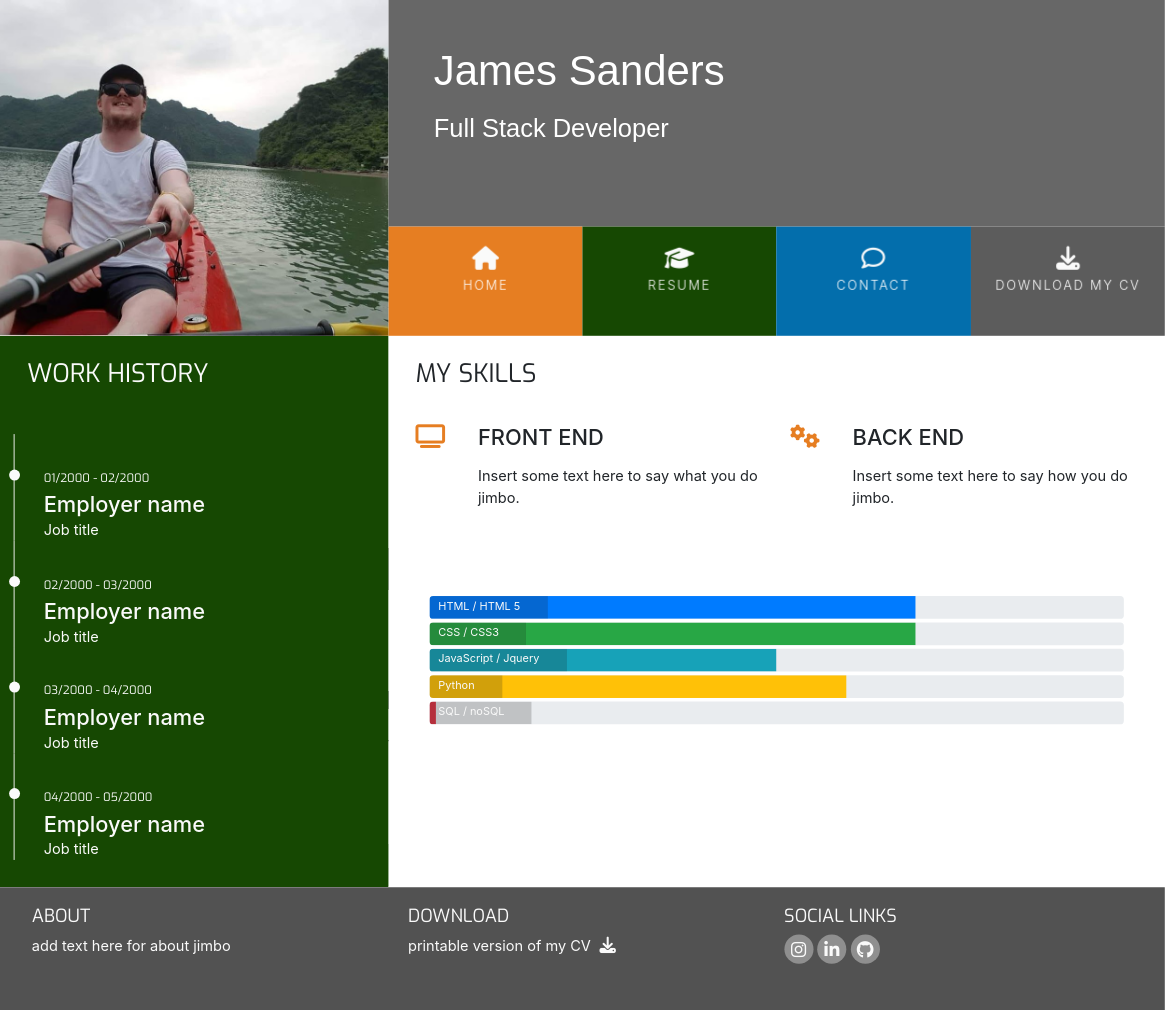
Repository: JaySanders95/my-online-resume
Page: resume.html
These files come from the project's save history. The page is drawn as it stood at one moment and after the next save; the edit follows.
The browser window is 1280 px wide. The pictures show the whole page, at 91% of full size.
Some web fonts or font styles are not loaded; a fallback is used. Some web libraries are served in a nearby version.

Above is the page before, as saved 2023-04-22 18:10:53.

### resume.html
<!DOCTYPE html>
<html lang="en">

<head>
    <meta charset="UTF-8">
    <meta http-equiv="X-UA-Compatible" content="IE=edge">
    <meta name="viewport" content="width=device-width, initial-scale=1.0">
    <link rel="stylesheet"
        href="https://cdn.jsdelivr.net/npm/@fortawesome/fontawesome-free@6.2.1/css/fontawesome.min.css"
        integrity="sha384-QYIZto+st3yW+o8+5OHfT6S482Zsvz2WfOzpFSXMF9zqeLcFV0/wlZpMtyFcZALm" crossorigin="anonymous">
    <link rel="stylesheet" href="https://cdn.jsdelivr.net/npm/bootstrap@4.6.2/dist/css/bootstrap.min.css"
        integrity="sha384-xOolHFLEh07PJGoPkLv1IbcEPTNtaed2xpHsD9ESMhqIYd0nLMwNLD69Npy4HI+N" crossorigin="anonymous">
    <link rel="stylesheet" href="assets/css/style.css">
    <link rel="stylesheet" href="https://cdnjs.cloudflare.com/ajax/libs/hover.css/2.3.1/css/hover-min.css"
        integrity="sha512-csw0Ma4oXCAgd/d4nTcpoEoz4nYvvnk21a8VA2h2dzhPAvjbUIK6V3si7/g/HehwdunqqW18RwCJKpD7rL67Xg=="
        crossorigin="anonymous" referrerpolicy="no-referrer" />
    <title>James Sanders' Resume</title>
</head>

<body>
    <header>
        <div class="row no-gutters">
            <a href="index.html" class="col-md-4 logo">

            </a>
            <div class="col-md-8">
                <div class="row bg-color-name-title no-gutters">
                    <div class="col heading">
                        <h1 class="name">James Sanders</h1>
                        <h2 class="title">Full Stack Developer</h2>

                    </div>
                </div>
                <div class="row no-gutters">
                    <div class="col">
                        <ul id="nav" class="list-inline menucontainer">
                            <li class="col-6 col-sm-3 ui-menu-color-home list-inline-item menuitem">
                                <a href="#" class="hvr-bounce-to-bottom"><i class="fa fa-home"
                                        aria-hidden="true"></i><span>Home</span></a>
                            </li>
                            <li class="col-6 col-sm-3 ui-menu-color-resume list-inline-item menuitem">
                                <a href="#" class="hvr-bounce-to-bottom"><i class="fa fa-graduation-cap"
                                        aria-hidden="true"></i><span>Resume</span></a>
                            </li>
                            <li class="col-6 col-sm-3 ui-menu-color-contact list-inline-item menuitem">
                                <a href="#" class="hvr-bounce-to-bottom"><i class="fa fa-comment-o"
                                        aria-hidden="true"></i><span>Contact</span></a>
                            </li>
                            <li class="col-6 col-sm-3 ui-menu-color-download list-inline-item menuitem">
                                <a href="#" class="hvr-bounce-to-bottom"><i class="fa fa-download"
                                        aria-hidden="true"></i><span>Download my CV</span></a>
                            </li>
                        </ul>
                    </div>
                </div>
            </div>
        </div>
    </header>
    <section class="container-fluid">
        <div class="row">
            <div class="col-md-4 bg-color-work-history section-column">
                <div class="row">

                    <div class="col-12">
                        <h3 class="history-heading uppercase">
                            Work History
                        </h3>
                    </div>
                    <div class="timeline-item" data-dates="01/2000 - 02/2000">
                        <h4>Employer name</h4>
                        <p>Job title</p>
                    </div>
                    <div class="timeline-item" data-dates="02/2000 - 03/2000">
                        <h4>Employer name</h4>
                        <p>Job title</p>
                    </div>
                    <div class="timeline-item" data-dates="03/2000 - 04/2000">
                        <h4>Employer name</h4>
                        <p>Job title</p>
                    </div>
                    <div class="timeline-item" data-dates="04/2000 - 05/2000">
                        <h4>Employer name</h4>
                        <p>Job title</p>
                    </div>
                </div>

            </div>
            <div class="col-md-8 bg-color-three-reasons section-column">
                <div class="row">
                    <div class="col">
                        <h3 class="section-heading uppercase">My Skills</h3>
                    </div>
                </div>
                <div class="row">
                    <div class="col-10 offset-1 offset-sm-0 col-sm-4 col-md-6">
                        <div class="row">
                            <div class="col-2">
                                <i class="three-reasons-icon fa fa-tv" aria-hidden="true"></i>
                            </div>
                            <div class="col-10">
                                <h4 class="three-reasons-heading uppercase">Front End</h4>
                                <p>
                                    Insert some text here to say what you do jimbo.
                                </p>
                            </div>
                        </div>
                    </div>
                    <div class="col-10 offset-1 offset-sm-0 col-sm-4 col-md-6">
                        <div class="row">
                            <div class="col-2">
                                <i class="three-reasons-icon fa fa-gears" aria-hidden="true"></i>
                            </div>
                            <div class="col-10">
                                <h4 class="three-reasons-heading uppercase">Back end</h4>
                                <p>
                                    Insert some text here to say how you do jimbo.
                                </p>
                            </div>
                        </div>
                    </div>

                </div>
                <div class="row progress-section">

                </div>
                <div class="col">
                    <div class="progress">
                        <div class="progress-bar" role="progressbar" # aria-valuenow="70" aria-valuemin="0"
                            aria-valuemax="100" style="width:70%">
                            <span class="sr-only"> 70% complete</span>
                        </div>
                        <span class="progress-type">HTML / HTML 5</span>
                    </div>
                    <div class="progress">
                        <div class="progress-bar bg-success" role="progressbar" # aria-valuenow="70" aria-valuemin="0"
                            aria-valuemax="100" style="width:70%">
                            <span class="sr-only"> 70% complete</span>
                        </div>
                        <span class="progress-type">CSS / CSS3</span>
                    </div>
                    <div class="progress">
                        <div class="progress-bar bg-info" role="progressbar" # aria-valuenow="50" aria-valuemin="0"
                            aria-valuemax="100" style="width:50%">
                            <span class="sr-only"> 50% complete</span>
                        </div>
                        <span class="progress-type">JavaScript / Jquery</span>
                    </div>
                    <div class="progress">
                        <div class="progress-bar bg-warning" role="progressbar" # aria-valuenow="60" aria-valuemin="0"
                            aria-valuemax="100" style="width:60%">
                            <span class="sr-only"> 60% complete</span>
                        </div>
                        <span class="progress-type">Python</span>
                    </div>
                    <div class="progress">
                        <div class="progress-bar bg-danger" role="progressbar" # aria-valuenow="1" aria-valuemin="0"
                            aria-valuemax="100" style="width:1%">
                            <span class="sr-only"> 0% complete</span>
                        </div>
                        <span class="progress-type">SQL / noSQL</span>
                    </div>
                </div>
            </div>
        </div>

    </section>
    <footer class="container-fluid">
        <div id="footer-details" class="row">
            <div class="col-sm-4">
                <h5 class="uppercase general-sub">About</h5>
                <p class="inline-block"> add text here for about jimbo</p>
            </div>
            <div class="col-sm-4">
                <h5 class="uppercase general-sub">Download</h5>
                <p class="inline-block"> printable version of my CV</p>
                <a href="#" target="_blank" class="cv-pdf">
                    <i class="fa fa-download" aria-hidden="true"></i>
                    <span class="sr-only">Download link.</span>
                </a>
            </div>
            <div class="col-sm-4">
                <h5 class="uppercase general-sub">Social links</h5>
                <ul class="list-inline social-links">
                    <li class="list-inline-item">
                        <a target="_blank" href="#">
                            <i class="fa fa-instagram"></i>
                            <span class="sr-only">Instagram</span>
                        </a>
                    </li>
                    <li class="list-inline-item">
                        <a target="_blank" href="#">
                            <i class="fa fa-linkedin"></i>
                            <span class="sr-only">LinkedIn</span>
                        </a>
                    </li>
                    <li class="list-inline-item">
                        <a target="_blank" href="#">
                            <i class="fa-brands fa-github"></i>
                            <span class="sr-only">GitHub</span>

                        </a>
                    </li>
                </ul>
            </div>
        </div>

    </footer>
    <script src="https://kit.fontawesome.com/c80cd6a143.js" crossorigin="anonymous"></script>
</body>

</html>

### assets/css/style.css
@import url('https://fonts.googleapis.com/css2?family=Anuphan:100,200,300,400,500,600,700wght@300&family=Exo:100,200,300,400,500,600,700ital,wght@1,300&display=swap');


/* ------- Colours ---------*/

.bg-color-name-title {
    background-color:#676767;
}

.bg-color-three-reasons {
    background-color: #fff;
}

.bg-color-personal-info {
    background-color:#f4f4f4;
}

.ui-menu-color-home {
    background-color: #e67e22;
}

.ui-menu-color-resume {
    background-color: #164802;
}

.ui-menu-color-contact {
    background-color: #036eac;
}

.ui-menu-color-download {
    background-color: #5c5c5c;
}

.bg-color-work-history {
    background-color: #164802;
}

/* ------- Special paddings/margins/text ---------*/

h1,h2,h3,h4 {
    margin: 0;
}

.uppercase {
    text-transform: uppercase;
}

.general-sub {
    font-family: 'Exo', sans-serif;
    font-weight: 300;
    color: #fafafa;
}

.inline-block {
    display: inline-block;
}

.row-table {
    display: table;

}
.section-column {
    display: table-cell;
    padding: 0 30px 30px;
    float: none;
}

.history-heading,
.section-heading {
    font-family: 'Exo', sans-serif;
    font-weight: 300;
    margin-top: 25px;
    margin-bottom: 40px;
}

/* ------- Headers ---------*/
header {
    margin: 0;
}

.heading {
    margin-left: 50px;
}

.logo {
    background: url(../images/me.png);
    background-position: center;
    background-repeat: no-repeat;
    background-size: cover;
    min-height: 360px;
    transition: all .5s ease-in-out;
    -moz-transition: all .5s ease-in-out;
    -webkit-transition: all .5s ease-in-out;
}

.name {
    font-family: 'Anuphan', sans-serif;
    font-weight: 100;
    font-size: 46px;
    margin-top: 50px;
    color: #fff;
}


.title {
    font-family: 'Anuphan', sans-serif;
    font-weight: 200;
    font-size: 28px;
    margin-top: 20px;
    margin-bottom: 90px;
    color: #fff;
}

.list-inline-item:not(:last-child) {
    margin: 0;
}

.menucontainer {
    font-size: 0;
}

#nav li {
    font-size: 14px;
    padding: 0;
}

#nav {
    margin: 0;
}

.menuitem {
    height: 120px;
    text-align: center;
    padding: 0;

}

.menuitem a {
    width: 100%;
    text-decoration: none;
    color: #fff;
    height: 120px;
}

.menuitem a i {
    display: block;
    padding-top: 22px;
    color: #fafafa;
    font-size: 26px;
}

.menuitem span {
    display: block;
    width: 100%;
    padding-top: 5px;
    text-align: center;
    text-transform: uppercase;
    font-size: 14px;
    font-weight: 300;
    letter-spacing: 2px;
}

/* ------- Hover.css ---------*/

.hvr-bounce-to-bottom:before {
    background: rgba(0, 0, 0, 0.3) !important;
    height: 120px;

}

/* ------- Footer ---------*/

footer {
    background-color: #525252;
    color: #fafafa;
    min-height: 120px;
}

.cv-pdf i {
    font-size: 18px;
    color: #fafafa;
    text-align: center;
    padding-left: 5px;
    transition: all 0.35s ease-in-out;
    -moz-transition: all 0.35s ease-in-out;
    -webkit-transition: all 0.35s ease-in-out;
    -o-transition: all 0.35s ease-in-out;
}

.cv-pdf i:hover {
    color: #e84610;
}

.social-links {
    padding-bottom: 15px;
}

.social-links li a i {
    width: 32px;
    height: 32px;
    padding: 7px 0;
    border-radius: 50%;
    font-size: 19px;
    text-align: center;
    color: #fafafa;
    background: #8f8f8f;
    transition: all 0.35s ease-in-out;
    -moz-transition: all 0.35s ease-in-out;
    -webkit-transition: all 0.35s ease-in-out;
    -o-transition: all 0.35s ease-in-out;
}

.social-links li a i:hover {
    background-color: #e84610;
}

#footer-details {
    padding: 20px;
}

/* ------- 3 Reasons ---------*/

.three-reasons-icon {
    font-size: 26px;
    color: #e67e22;
}

.three-reasons-heading {
    margin-bottom: 15px;
}

/* ------- Personal Info ---------*/

.personal-info-item {
    margin-bottom: 20px;
    display: block;
    clear: both;
}

.personal-info-item .key,
.personal-info-item .value {
    padding: 8px;
    display: inline-block;

}

.personal-info-item .key p,
.personal-info-item .value p {
    margin: 0;
}

.personal-info-item .key {
    width: 30%;
    margin-right: 21px;
    padding-top: 2px;
    vertical-align: top;
}

.personal-info-item .key p {
    font-weight: 700;


}

.personal-info-item .value {
    position: relative;
    width: 60%;

}

/* ------- Skills ---------*/

.progress {
    line-height: normal;
    position: relative;
    height: 25px;
    margin-bottom: 4px;
}

.progress-type {
    position: absolute;
    left: 0px;
    font-weight: 400;
    padding: 3px 30px 2px 10px;
    color: #fafafa;
    background-color: rgba(25, 25, 25, 0.2);
    height: inherit;
}

.progress-section {
    margin: 40px 20px;
}

/* -------- Work History ----- */

.history-heading {
    color: #fafafa;
    margin-bottom: 50px;
}

.timeline-item {
    padding: 4em 2em 0em 2em;
    position: relative;
    color: #fafafa;
    border-left: 1px solid;
}

.timeline-item p {
    padding: 0;
    margin: 0;
}

.timeline-item:before {
    content: attr(data-dates);
    position: absolute;
    left: 2.5em;
    top: 3em;
    display: block;
    font-family: 'Exo', sans-serif;
    font-weight: 500;
    font-size: 0.8em;
    padding: 0;
    margin: 0;
}

.timeline-item:after {
    width: 12px;
    height: 12px;
    display: block;
    top: 2.4em;
    position: absolute;
    left: -6px;
    border-radius: 12px;
    content: '';
    background: #fafafa;
}







/*
font-family: 'Anuphan', sans-serif;
font-family: 'Exo', sans-serif;
*/

After the next save:
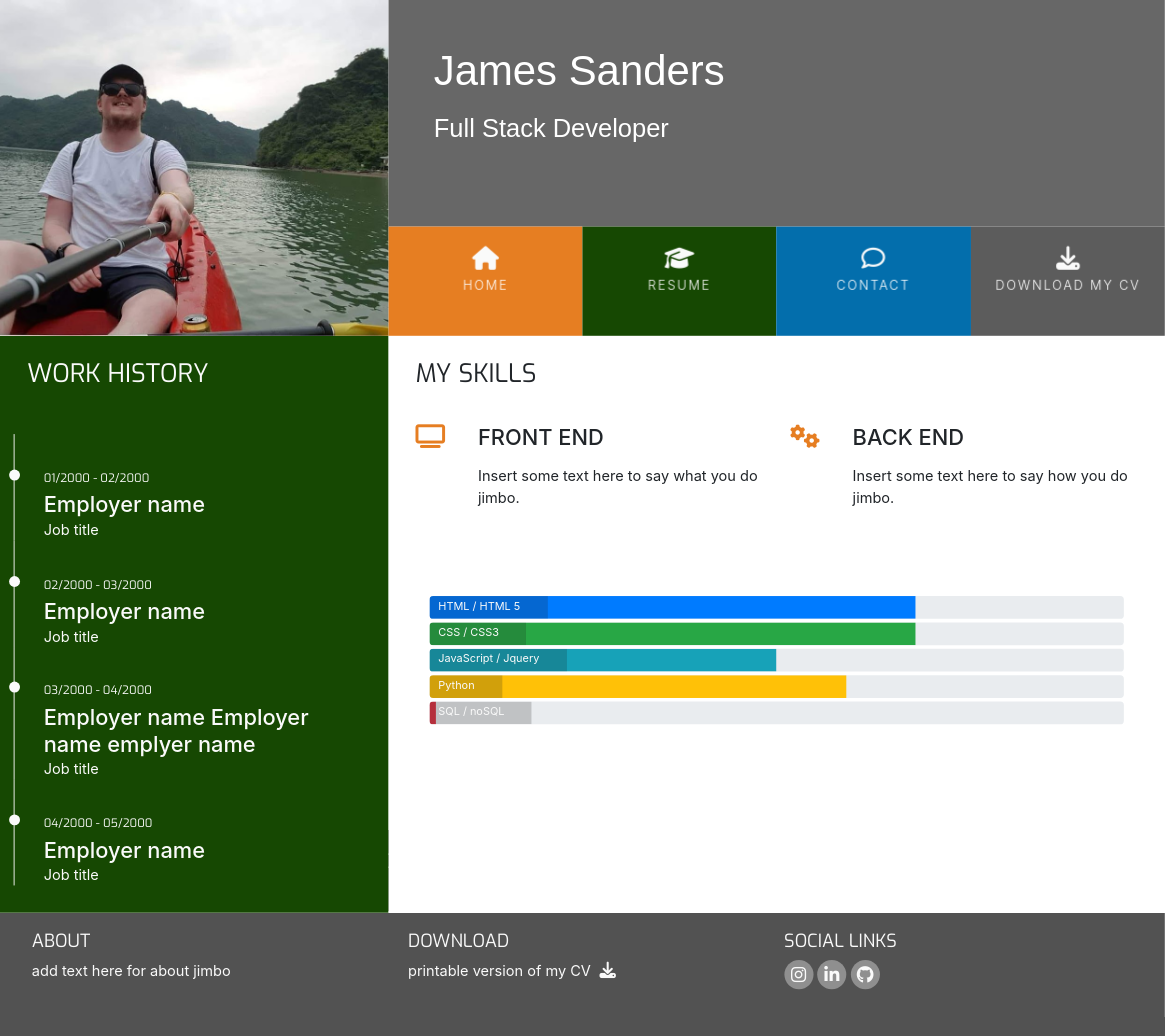
Saved 2 min 35 s later.
--- a/resume.html
+++ b/resume.html
@@ -75,7 +75,7 @@
                         <p>Job title</p>
                     </div>
                     <div class="timeline-item" data-dates="03/2000 - 04/2000">
-                        <h4>Employer name</h4>
+                        <h4>Employer name Employer name emplyer name</h4>
                         <p>Job title</p>
                     </div>
                     <div class="timeline-item" data-dates="04/2000 - 05/2000">
